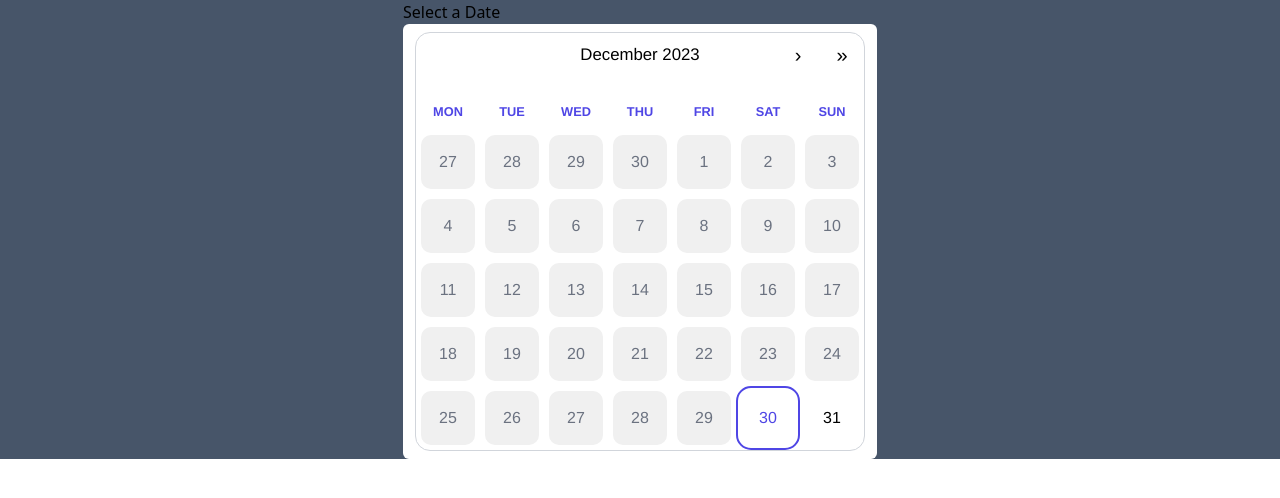
Repository: ImedBousakhria/appointment_system_prototype
Page: /, after clicking the first element matching `h2`
An editor plug-in stored every save of this project. The page is shown before and after a run of saves, followed by the edit.
The browser window is 1280 px wide. The pictures show the whole page.
The project was rebuilt for these pictures with package versions that can differ from the ones it lists, and the page was loaded fresh each time. Also part of the build but not shown: vite.config.js.

Above is the page before, as saved 2023-12-30 22:08:20.

After the next 5 saves:
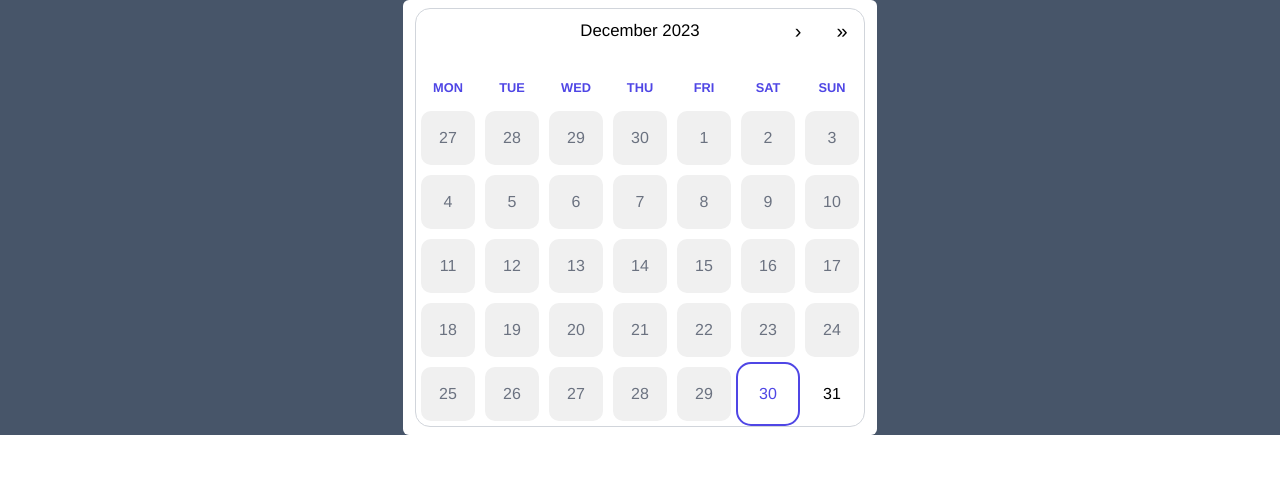
The 5 saves are shown as one change because they came seconds apart.
The last was saved 16 s later.
--- a/src/Calendar.jsx
+++ b/src/Calendar.jsx
@@ -88,7 +88,6 @@ const DateSelection = ({ onSelectDate, onSelectTime }) => (
       view="month"
       onClickDay={onSelectDate}
     />
-
   </motion.div>
 );
 
@@ -140,14 +139,11 @@ export const Calendar = () => {
   return (
     <div className=" bg-slate-600 flex w-screen gap-6 justify-center">
       <div className="">
-
-        <h2 onClick={() => setShowCalendar(true)}>Select a Date</h2>
-
-        {showCalendar && (
-          <DateSelection
-            onSelectDate={handleDateClick}
-          />
+        {!showCalendar && (
+          <h2 onClick={() => setShowCalendar(true)}>Select a Date</h2>
         )}
+
+        {showCalendar && <DateSelection onSelectDate={handleDateClick} />}
       </div>
       {date.justDate && (
         <div className="">
@@ -164,7 +160,6 @@ export const Calendar = () => {
 };
 
 export default Calendar;
-
 
 /* import React, { useState } from "react";
 import { motion, useAnimation } from "framer-motion";
